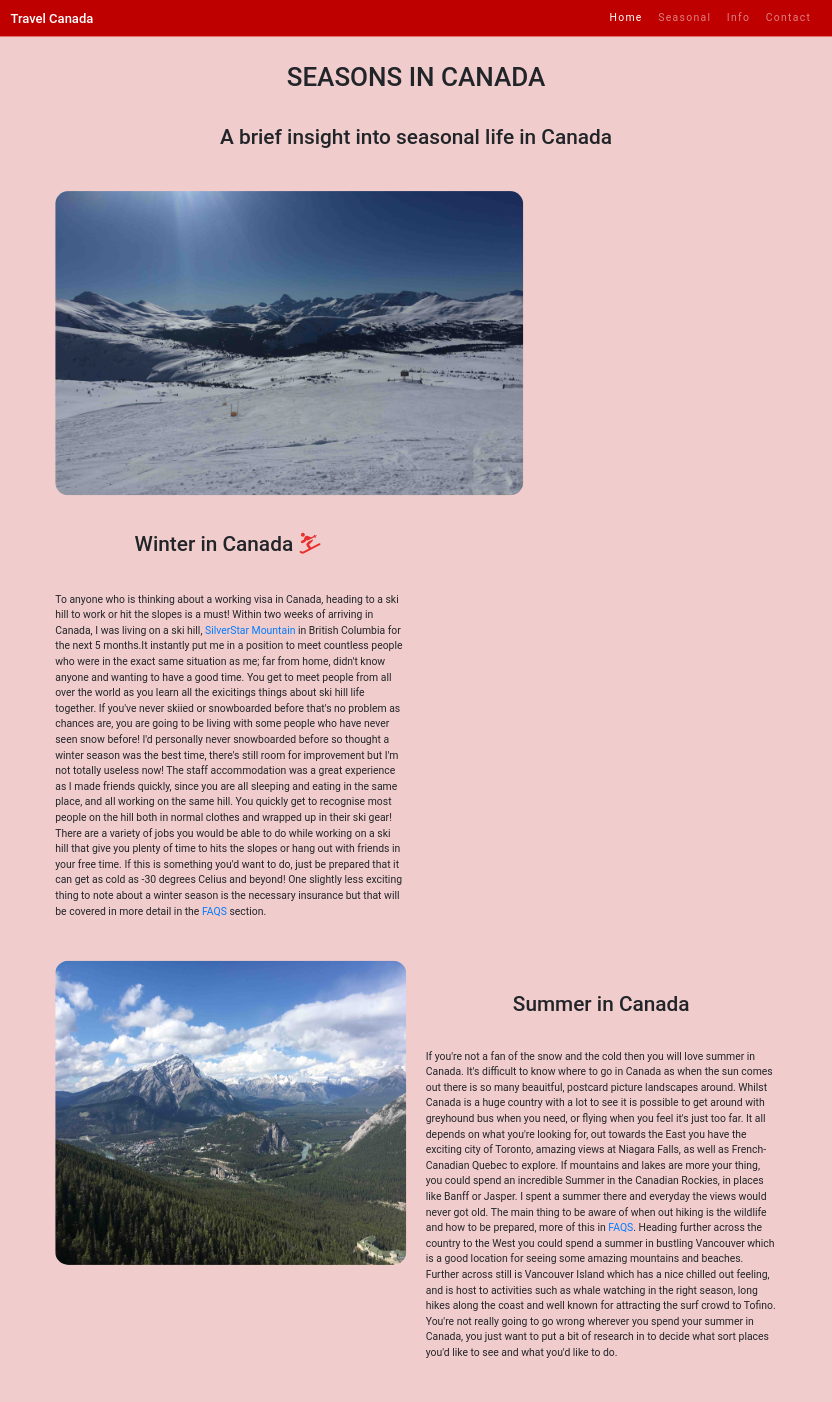
Repository: JonWil91/Travel-Canada
Page: seasonal.html
The author's editor kept a record of every edit. The page is drawn from the files as they stood at one moment, then again after the next edit.
The browser window is 1280 px wide. The pictures show the whole page, at 65% of full size.
Some web libraries are served in a nearby version.

Above is the page before.

### seasonal.html
<!DOCTYPE html>
<html lang="en">

<head>
    <meta charset="UTF-8">
    <meta name="viewport" content="width=device-width, initial-scale=1.0">
    <meta http-equiv="X-UA-Compatible" content="ie=edge">
    <title>Canada</title>
    <link rel="stylesheet" href="https://stackpath.bootstrapcdn.com/bootstrap/4.3.1/css/bootstrap.min.css" integrity="sha384-ggOyR0iXCbMQv3Xipma34MD+dH/1fQ784/j6cY/iJTQUOhcWr7x9JvoRxT2MZw1T" crossorigin="anonymous">
    <link href="https://fonts.googleapis.com/css?family=Montserrat:200,400,500i&display=swap" rel="stylesheet">
    <link rel="stylesheet" href="https://use.fontawesome.com/releases/v5.6.1/css/all.css" integrity="sha384-gfdkjb5BdAXd+lj+gudLWI+BXq4IuLW5IT+brZEZsLFm++aCMlF1V92rMkPaX4PP" crossorigin="anonymous">
    <link rel="stylesheet" href="css/style.css" type="text/css" />


    <body>

        <!-- navbar -->

        <div class="container-fluid navalert-container">
            <nav class="navbar navbar-dark navbar-expand-sm">
                <a href="/" class="navbar-brand">Travel Canada</a>
                <button class="navbar-toggler ml-auto" type="button" data-toggle="collapse" data-target="#navbarNavDropdown" aria-controls="navbarNavDropdown" aria-expanded="false" aria-label="Toggle
        navigation">
            <span class="navbar-toggler-icon"></span>
        </button>
                <div class="collapse navbar-collapse" id="navbarNavDropdown">
                    <ul class="navbar-nav ml-auto">
                        <li class="active nav-item mr-2"><a class="nav-link" href="index.html">Home</a></li>
                        <li class="nav-item mr-2"><a class="nav-link" href="seasonal.html">Seasonal</a></li>
                        <li class="nav-item mr-2"><a class="nav-link" href="info.html">Info</a></li>
                        <li class="nav-item mr-2"><a class="nav-link" href="contact.html">Contact</a></li>

                    </ul>
                </div>
            </nav>
        </div>

        <!-- /navbar -->


        <!-- seasons -->

        <div class="container title-container my-5 text-center">
            <div class="row">
                <div class="col-12">
                    <h1 class="text-uppercase my-5">Seasons in Canada</h1>
                    <h2>A brief insight into seasonal life in Canada</p>
                </div>
            </div>
        </div>

        <div class="container">
            <div class="row">
                <div class="col-12">
                    <img src="images/canada-winter.jpg" class="img-fluid">
                </div>
                <div class="col-md-6">
                    <h2 class="my-5 text-center"> Winter in Canada<i class="fas fa-skiing icon fa-flip-horizontal"></i></h2>
                    <p>To anyone who is thinking about a working visa in Canada, heading to a ski hill to work or hit the slopes is a must! Within two weeks of arriving in Canada, I was living on a ski hill, <a href="https://www.skisilverstar.com/" target="_blank">SilverStar Mountain</a>                        in British Columbia for the next 5 months.It instantly put me in a position to meet countless people who were in the exact same situation as me; far from home, didn't know anyone and wanting to have a good time. You get to meet people from
            all over the world as you learn all the exicitings things about ski hill life together. If you've never skiied or snowboarded before that's no problem as chances are, you are going to be living with some people who have never seen snow before! I'd personally never snowboarded before so thought a winter season was the best time, there's still
            room for improvement but I'm not totally useless now! The staff accommodation was a great experience as I made friends quickly, since you are all sleeping and eating in the same place, and all working on the same hill. You quickly get to recognise
            most people on the hill both in normal clothes and wrapped up in their ski gear! There are a variety of jobs you would be able to do while working on a ski hill that give you plenty of time to hits the slopes or hang out with friends in your
            free time. If this is something you'd want to do, just be prepared that it can get as cold as -30 degrees Celius and beyond! One slightly less exciting thing to note about a winter season is the necessary insurance but that will be covered
            in more detail in the <a href="faqs.html">FAQS</a> section.</p>
                </div>
            </div>
        </div>
        </div>


        <div class="container my-5">
            <div class="row">
                <div class="col-md-6">
                    <img src="images/canada-summer.jpg" class="img-fluid">
                </div>
                <div class="col-md-6">
                    <h2 class="my-5 text-center">Summer in Canada</h2>
                    <p>If you're not a fan of the snow and the cold then you will love summer in Canada. It's difficult to know where to go in Canada as when the sun comes out there is so many beauitful, postcard picture landscapes around. Whilst Canada is a huge country with
            a lot to see it is possible to get around with greyhound bus when you need, or flying when you feel it's just too far. It all depends on what you're looking for, out towards the East you have the exciting city of Toronto, amazing views at
            Niagara Falls, as well as French-Canadian Quebec to explore. If mountains and lakes are more your thing, you could spend an incredible Summer in the Canadian Rockies, in places like Banff or Jasper. I spent a summer there and everyday the
            views would never got old. The main thing to be aware of when out hiking is the wildlife and how to be prepared, more of this in <a href="faqs.html">FAQS</a>. Heading further across the country to the West you could spend a summer
            in bustling Vancouver which is a good location for seeing some amazing mountains and beaches. Further across still is Vancouver Island which has a nice chilled out feeling, and is host to activities such as whale watching in the right season,
            long hikes along the coast and well known for attracting the surf crowd to Tofino. You're not really going to go wrong wherever you spend your summer in Canada, you just want to put a bit of research in to decide what sort places you'd like to see and what you'd like to do.
</p>
                </div>
            </div>
        </div>
        </div>



        <!-- /seasons -->

### css/style.css
body {
    font-family: 'Roboto', sans-serif;
    background-color: #f1cccc;
}

/* landing page */

.callout-container {
    height: 100vh;
    background: url("../images/canada-landing-page.jpg") no-repeat bottom right fixed;
    -webkit-background-size: cover;
    -moz-background-size: cover;
    -o-background-size: cover;
    background-size: cover;

    display: flex;
    justify-content: center;
    position: relative;
}

.jumbotron {
    background-color: transparent;
    margin-top: 30px;
    color: #fafafa;
}

.lead {
    margin-top: 50px;
    color: #de5858;
    font-family: 'Roboto', sans-serif;
    font-weight: 600;

}


/* /landing page */

/* Navbar */

.navalert-container {
    position: absolute;
    top: 0;
    left: 0;
    padding-left: 0;
    padding-right: 0;
    z-index: 1;
    background-color: #ff0000;
}

.navbar {
    margin-bottom: 0;
    border: 0;
    width: 100%;
    background-color: rgba(0, 0, 0, 0.25);
}

.navbar .navbar-toggler {
    border: none;
}

.navbar-brand {
    font-weight: 500;
}

.navbar-nav {
    letter-spacing: 2px;
}

/* /navbar */

/* seasonal */

.title-container {
    display: flex;
    justify-content: center;
    position: relative;
}

.container-subheading {
    display: flex;
    justify-content: center;
    position: relative;
}

.img-fluid {
    width: 100vh;
    height: 65vh;
    border-radius: 20px;
}


.icon {
    color: #e82e2e;
    padding: 10px;
    transition: all 0.3s ease 0s;
}

.icon:hover {
    color: #f59e42;
}

.season-title {
    padding: 0 0 20px 0;

}

/* /seasonal */

/* Footer */

.footer {
    background-color: #ff0000;
    color: #fafafa;
    float: right;
}

/* /footer */

After the next edit:
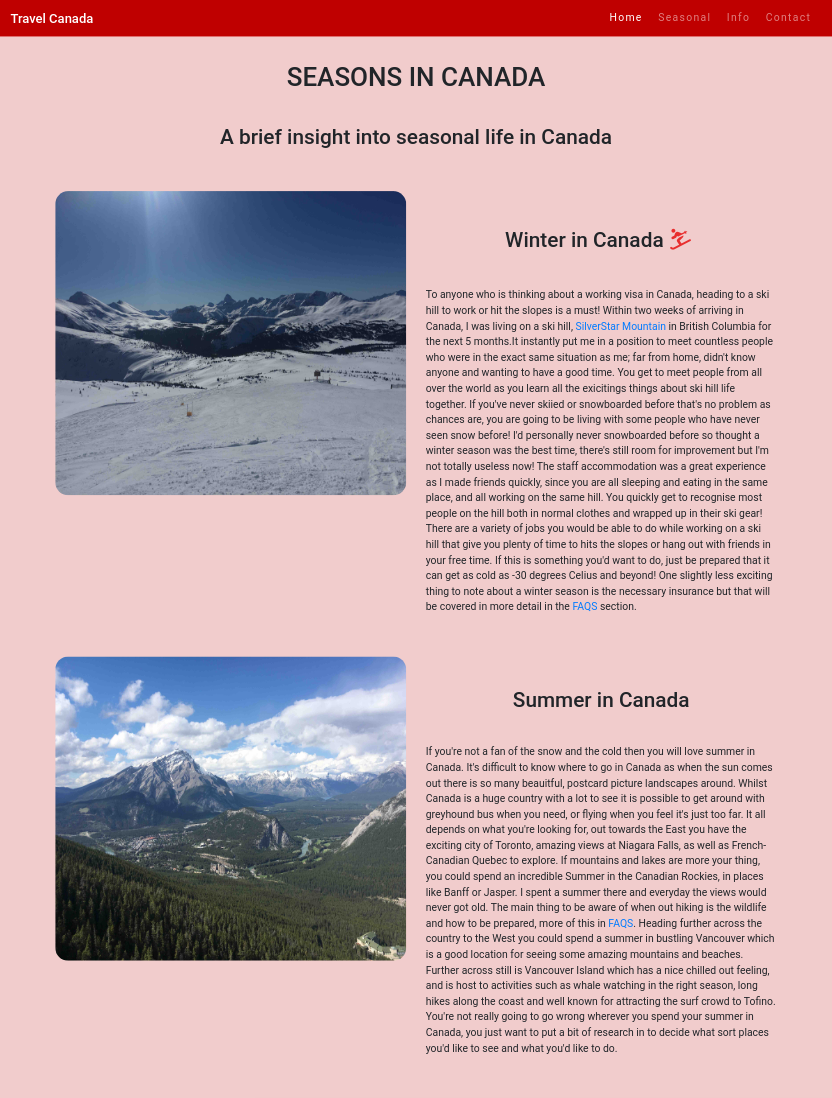
The edit:
--- a/seasonal.html
+++ b/seasonal.html
@@ -51,7 +51,7 @@
 
         <div class="container">
             <div class="row">
-                <div class="col-12">
+                <div class="col-md-6">
                     <img src="images/canada-winter.jpg" class="img-fluid">
                 </div>
                 <div class="col-md-6">
